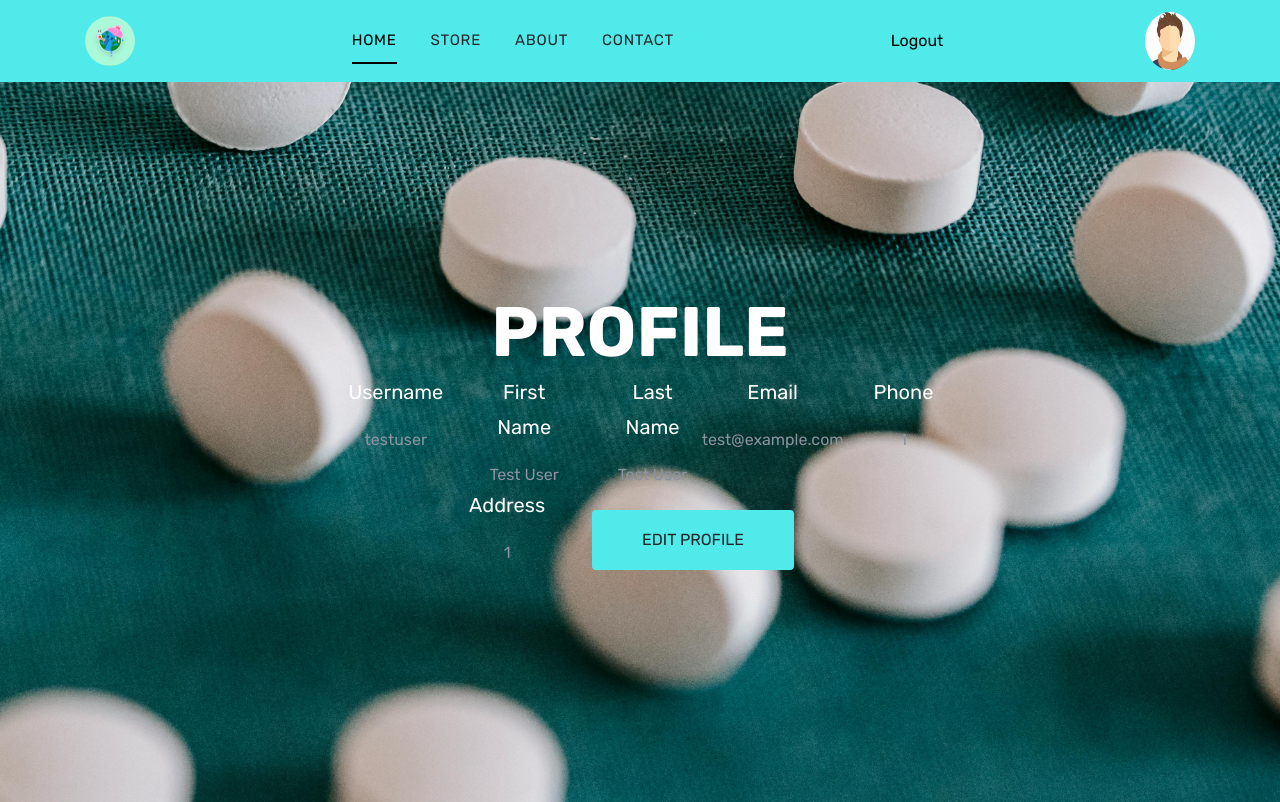
Repository: Argivist/Web-Doctor
Page: http://localhost/view/profile.php
These files come from the project's save history. The page is drawn as it stood at one moment and after the next save; the edit follows.
The browser window is 1280 px wide. The pictures show the whole page.
Some web fonts or font styles are not loaded; a fallback is used. The page is run by PHP 8.4 with error messages shown; the project is at /var/www/html/. The session is filled in as if someone had signed in: {"id": 1, "username": "testuser", "fname": "Test User", "lname": "Test User", "email": "test@example.com", "phone": 1, "address": 1}.

Above is the page before, as saved 2024-02-20 19:31:26.

After the next save:
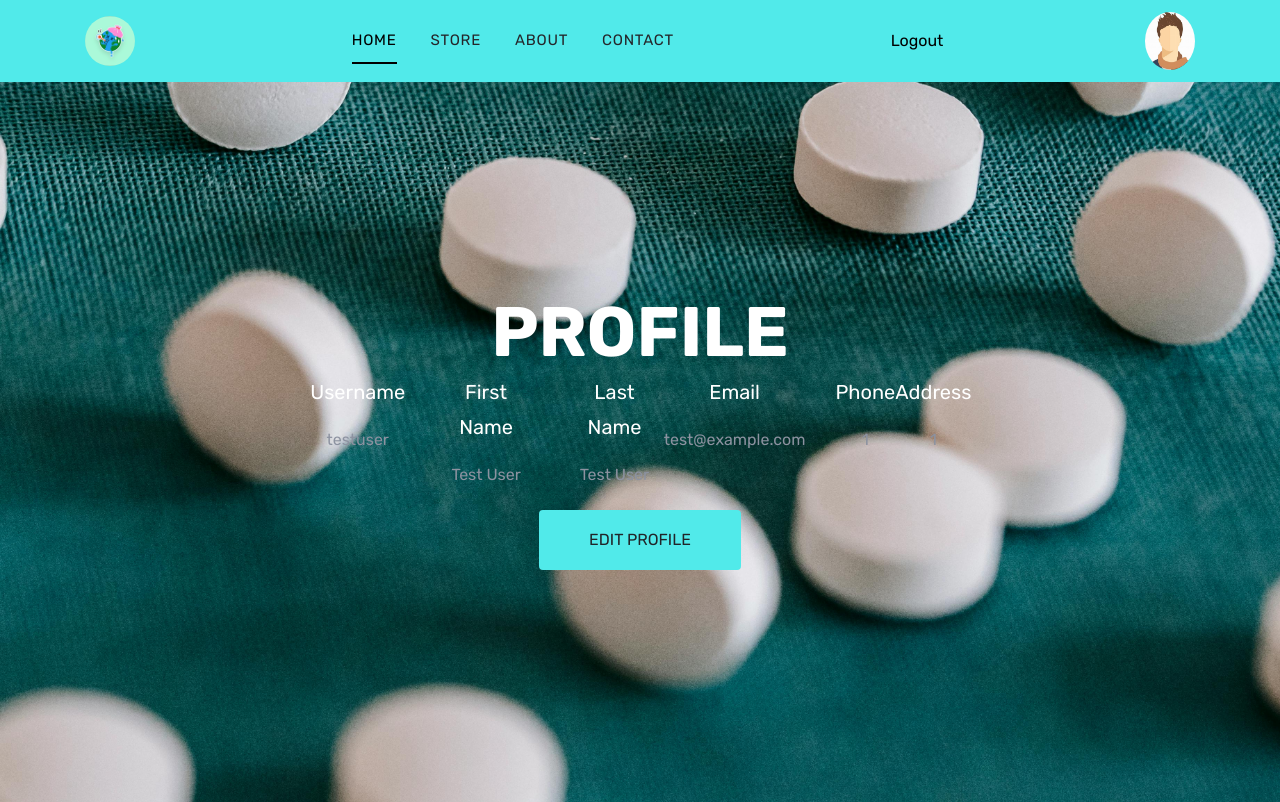
Saved 16 min 39 s later.
--- a/view/profile.php
+++ b/view/profile.php
@@ -121,10 +121,10 @@ session_start();
                                                         echo $_SESSION['address'];
                                                         ?>
                                     </div>
-                                    <div class="btn">
+                                </div>
+                                <div class="btn">
                                         <a href="edit_profile.php" class="btn btn-primary px-5 py-3">Edit Profile</a>
                                     </div>
-                                </div>
                             </div>
                         </div>
                     </div>
